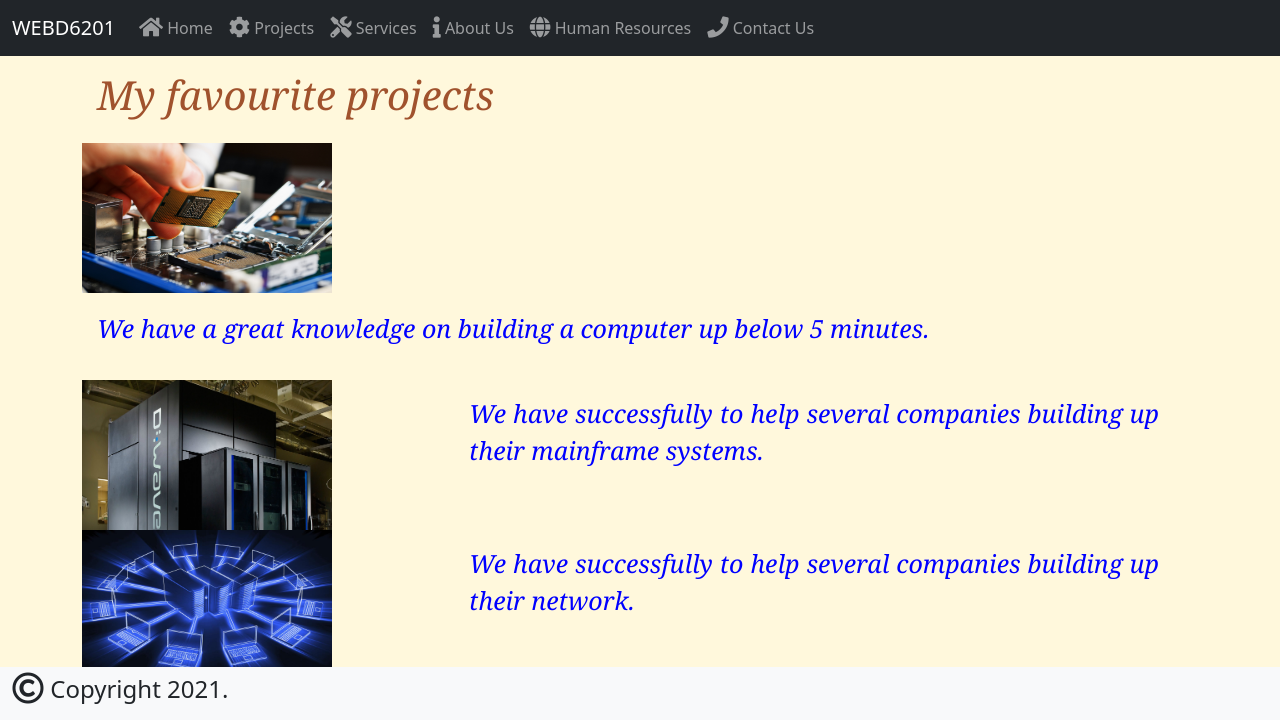
Repository: YiuWingLau/WEBD6201-W2021-Lab1
Page: projects.html
The author's editor kept a copy of each file at every save. The page is drawn from the files as they stood at one save, then again after the next save.
The browser window is 1280 px wide. The pictures show the whole page.

Above is the page before, as saved 2021-02-04 21:43:52.

After the next save:
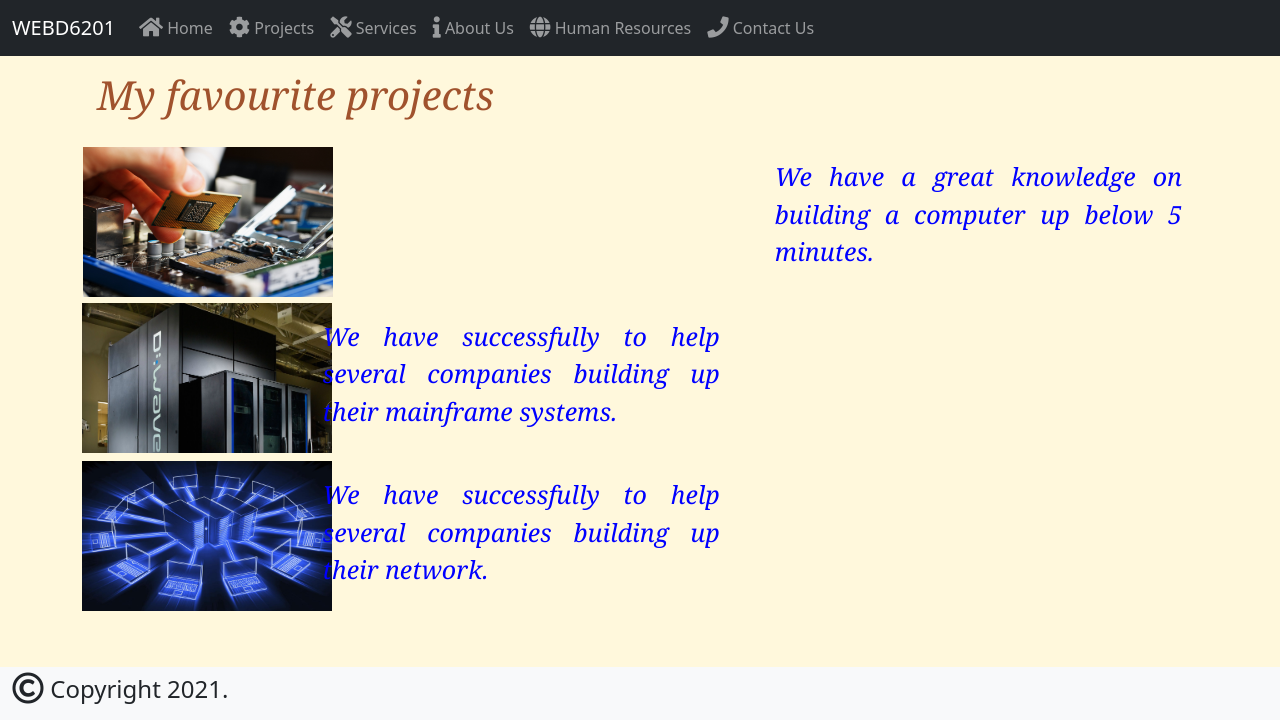
Saved 42 s later.
--- a/Scripts/app.js
+++ b/Scripts/app.js
@@ -76,7 +76,7 @@
 
       // create & insert 1st favorite project detail
       let projectOne = document.createElement("tr");
-      projectOne.setAttribute("class", "row");
+      //projectOne.setAttribute("class", "row");
       projectOne.setAttribute("id", "projectOne");
       projectOne.innerHTML = `<td><img id="favImage" src="./images/hardware.jpg" alt="computer hardware"></td>
                               <td><p> We have a great knowledge on building a computer up below 5 minutes.</p></td>`;
